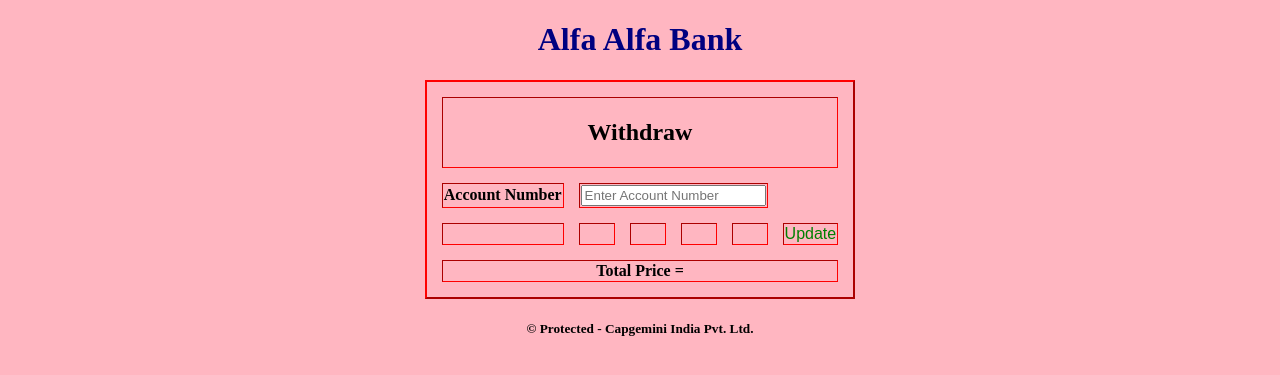
Repository: Rccalfa123/OnlineBankingApp
Page: http://localhost/AlfaAlfaBankApp/withdrawForm.jsp
These files come from the project's save history. The page is drawn as it stood at one moment and after the next save; the edit follows.
The browser window is 1280 px wide. The pictures show the whole page.
The page is served by Tomcat 9.

Above is the page before, as saved 2018-08-10 12:43:43.

After the next save:
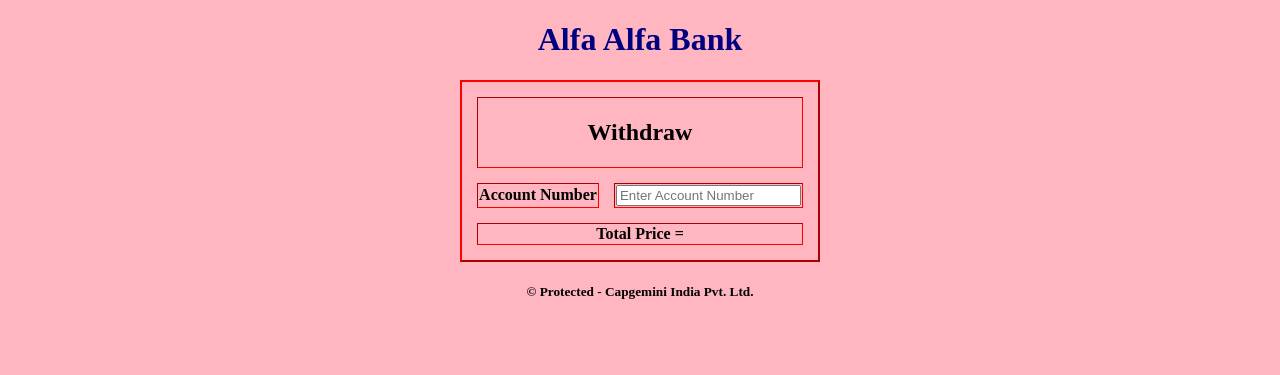
Saved 16 s later.
--- a/AlfaAlfaBankApp/WebContent/withdrawForm.jsp
+++ b/AlfaAlfaBankApp/WebContent/withdrawForm.jsp
@@ -25,17 +25,6 @@
 						<th colspan="4" > <input type="number" name="typedAccount"  placeholder="Enter Account Number"></th>
 					</tr>
 
-					<alfa:forEach var="booksInCart" items="${sessionScope.booksInCart}">
-						<tr>
-							<td align="center">${booksInCart.bookObject.bookId}</td>
-							<td align="center">${booksInCart.bookObject.bookName}</td>
-							<td align="center">${booksInCart.bookObject.bookDescription}</td>
-							<td align="center">${booksInCart.bookObject.bookPrice}</td>
-							<td align="center">${booksInCart.noofBookAdded}</td>
-							<td align="center" colspan="2"><a
-								href="removenew.app?bookId=${booksInCart.bookObject.bookId}"> Update </a></td>
-						</tr>
-					</alfa:forEach>
 					<tr>
 						<th colspan="6">Total Price = ${sessionScope.price}</th>
 					</tr>
